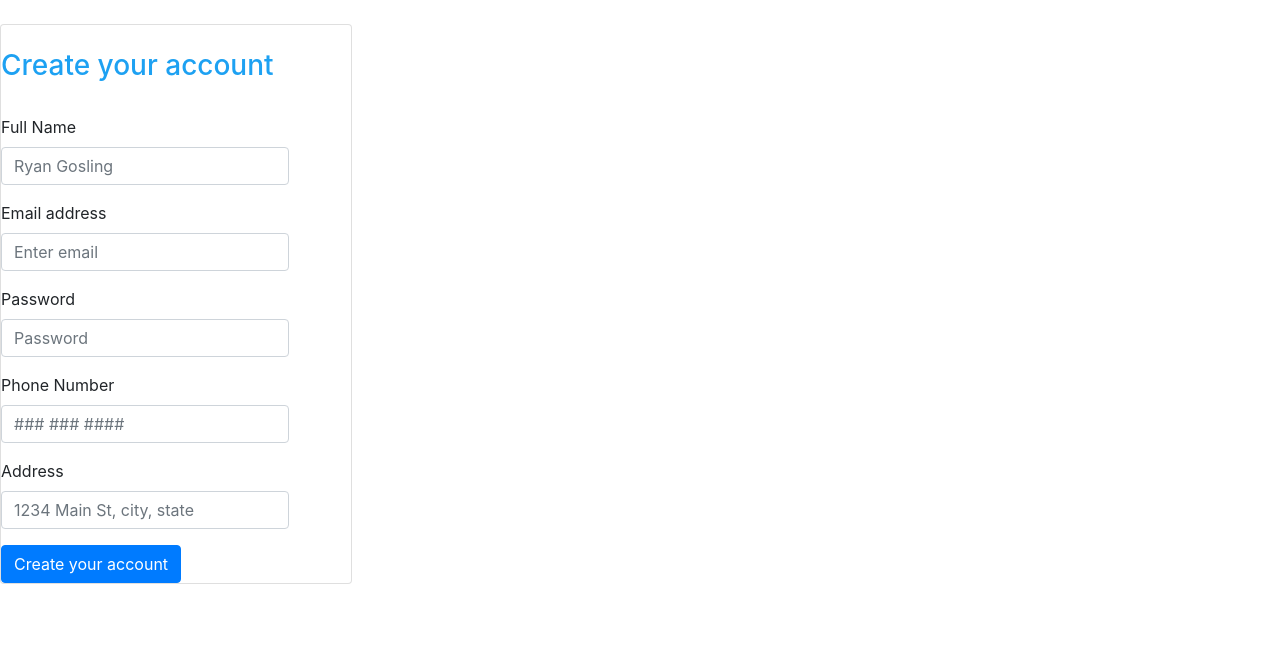
Repository: kavyashree088/AAKKS
Page: /Signup (app in Frontend/)
These files come from the project's save history. The page is drawn as it stood at one moment and after the next save; the edit follows.
The browser window is 1280 px wide. The pictures show the whole page.
Some web libraries are served in a nearby version. The project was rebuilt for these pictures with package versions that can differ from the ones it lists, and the page was loaded fresh each time. Also part of the build but not shown: Frontend/src/CSS/navbar.css, Frontend/src/Components/Home.js, Frontend/src/CSS/LandingPage.css, Frontend/src/Components/LandingPage/LandingPage.js.

Above is the page before, as saved 2019-11-16 14:06:46.

After the next save:
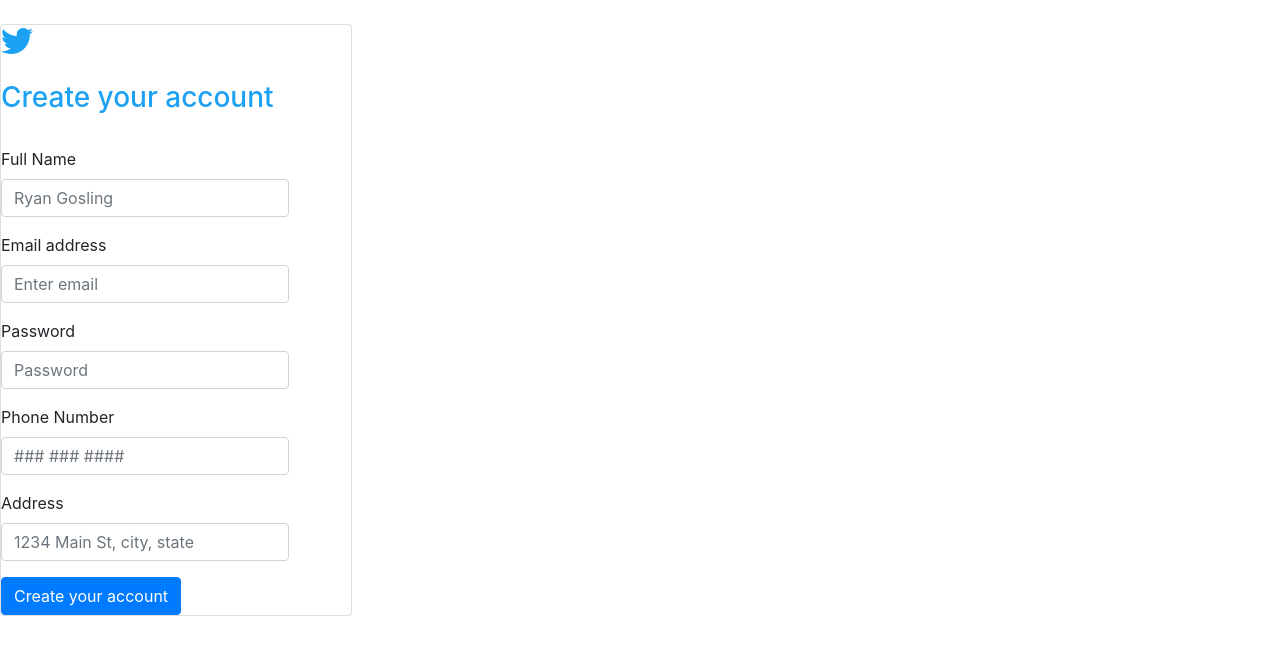
Saved 75 s later.
--- a/Frontend/src/Components/LandingPage/Signup.js
+++ b/Frontend/src/Components/LandingPage/Signup.js
@@ -111,7 +111,13 @@
 
                     <br></br>
                     <Card style={{ width: '22rem' }} >
+                    <span className="fab fa-twitter" style={{
+                                    marginRight: "10px",
+                                    fontSize: "2rem",
+                                    color: "rgba(29,161,242,1.00)"
+                                }}></span>
                         <br></br>
+
                         <h3 className = "fontColor">Create your account</h3>
                         <br></br>
                         <center>
